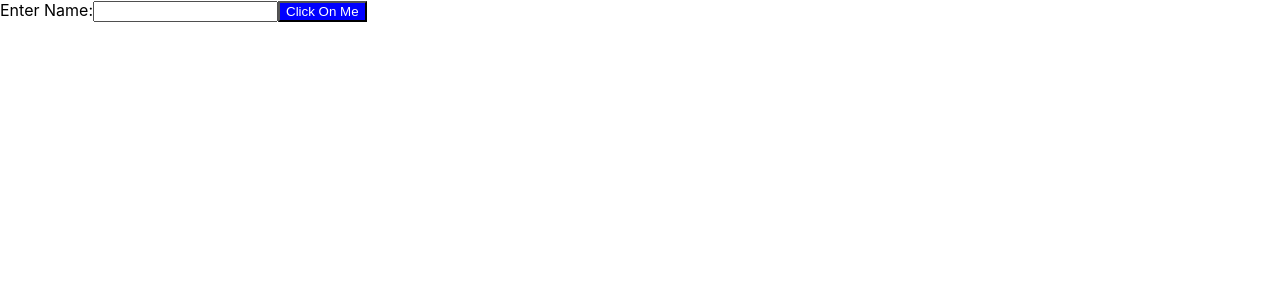
Repository: geedtd/udemyreact
Page: /
The author's editor kept a copy of each file at every save. The page is drawn from the files as they stood at one save, then again after a run of saves.
The browser window is 1280 px wide. The pictures show the whole page.
The project was rebuilt for these pictures with package versions that can differ from the ones it lists, and the page was loaded fresh each time. Also part of the build but not shown: src/App.css.

Above is the page before, as saved 2020-03-12 16:39:30.

After the next 2 saves:
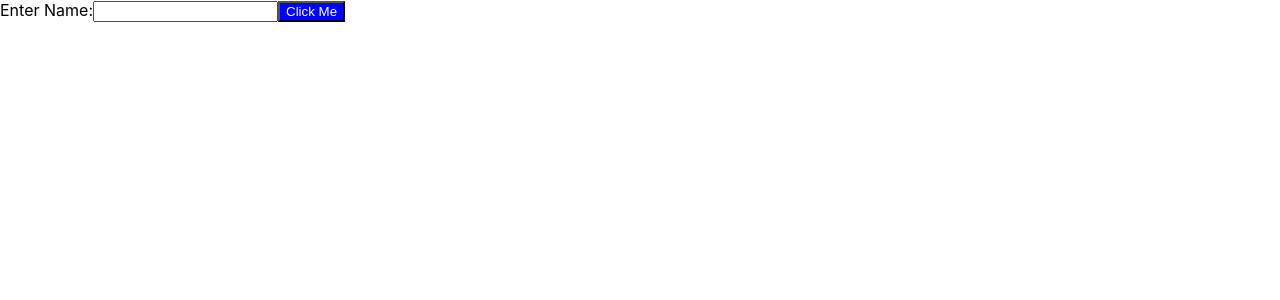
The 2 saves are shown as one change because 1 did not build or start.
The last was saved 80 s later.
--- a/src/App.js
+++ b/src/App.js
@@ -2,9 +2,7 @@ import React from 'react';
 
 import './App.css';
 
-function getButtonText() {
-  return 'Click On Me';
-}
+
 
 const App = () => {
 const buttonText="Click Me";
@@ -15,7 +13,7 @@ const buttonText="Click Me";
       Enter Name:
     </label>
     <input id="name" type="text" />
-    <button style={{backgroundColor: 'blue', color: 'white'}}>{getButtonText()}</button>
+    <button style={{backgroundColor: 'blue', color: 'white'}}>{buttonText}</button>
   </div>
   )
 }
